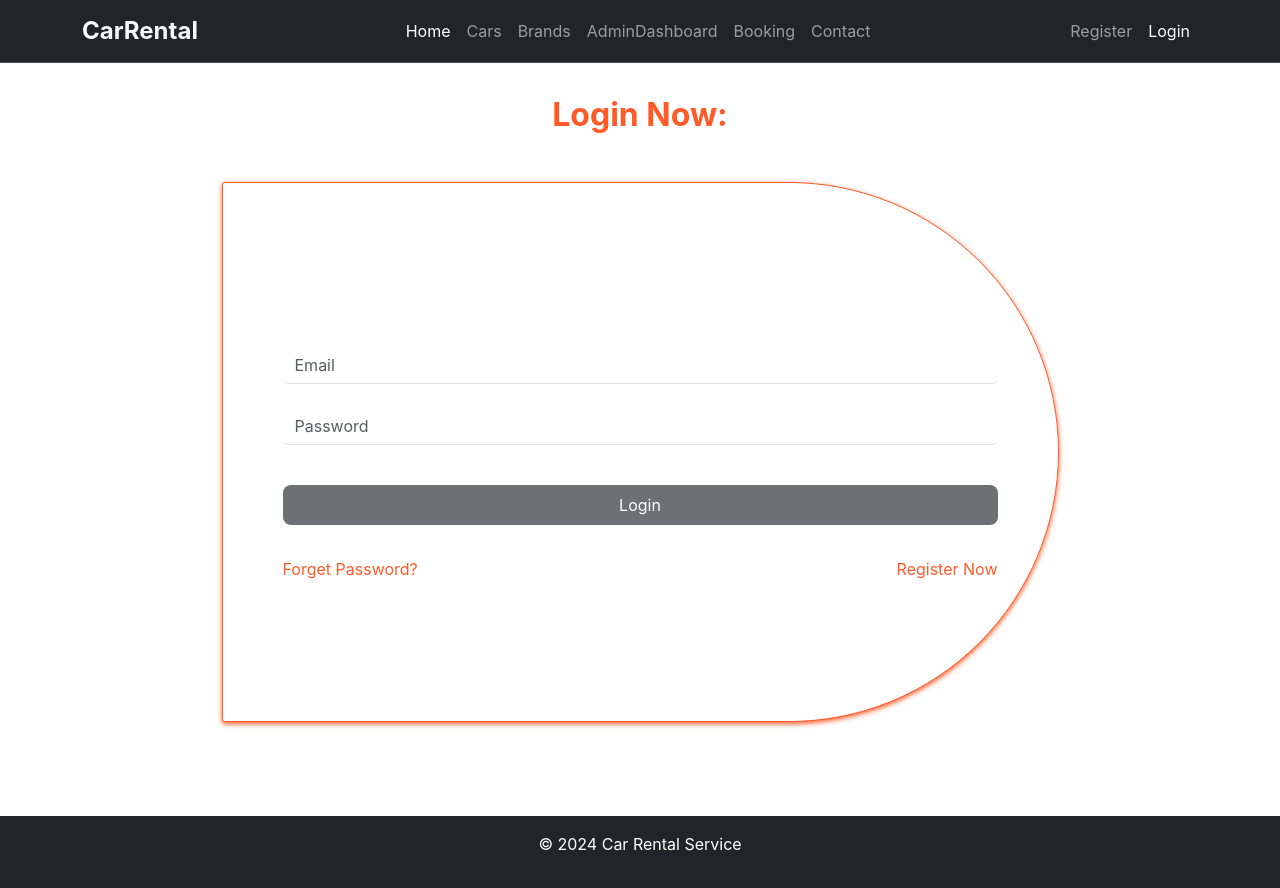
Repository: YomnaWegdan/frontendCarRental
Page: /admin
These files come from the project's save history. The page is drawn as it stood at one moment and after the next save; the edit follows.
The browser window is 1280 px wide. The pictures show the whole page.
The pointer rests on the first visible `.btn-main`.
The page's requests for data from a server got no answer. The project was rebuilt for these pictures with package versions that can differ from the ones it lists, and the page was loaded fresh each time. No one was signed in, and anything a server would have sent is missing. Also part of the build but not shown: src/App.css, src/Components/Hero.jsx, src/Components/CarItems.jsx, src/pages/Contact.jsx, src/pages/Home.jsx, src/pages/CarDetails.jsx, src/pages/Booking.jsx, src/pages/Register.jsx and 7 more.

Above is the page before, as saved 2024-11-02 10:46:36.

### src/index.js
import React from 'react';
import ReactDOM from 'react-dom/client';
import 'bootstrap/dist/css/bootstrap.min.css';
import 'bootstrap/dist/js/bootstrap.bundle.min.js';
import "react-responsive-carousel/lib/styles/carousel.min.css";
import 'react-toastify/dist/ReactToastify.css';

import './index.css';
import App from './App';
import reportWebVitals from './reportWebVitals';
import {UserContextProvider} from './Context/UserContext';
import { QueryClient, QueryClientProvider } from 'react-query';

const root = ReactDOM.createRoot(document.getElementById('root'));

const queryClient = new QueryClient()


root.render(
  <QueryClientProvider client={queryClient}>

  <UserContextProvider>

    <App />
  </UserContextProvider>
  </QueryClientProvider>
);

// If you want to start measuring performance in your app, pass a function
// to log results (for example: reportWebVitals(console.log))
// or send to an analytics endpoint. Learn more: https://bit.ly/CRA-vitals
reportWebVitals();

### src/index.css
body {
  margin: 0;
  font-family: -apple-system, BlinkMacSystemFont, 'Segoe UI', 'Roboto', 'Oxygen',
    'Ubuntu', 'Cantarell', 'Fira Sans', 'Droid Sans', 'Helvetica Neue',
    sans-serif;
  -webkit-font-smoothing: antialiased;
  -moz-osx-font-smoothing: grayscale;
}

code {
  font-family: source-code-pro, Menlo, Monaco, Consolas, 'Courier New',
    monospace;
}

/* .navbar-nav .nav-link{
  color: white !important;
} */

.hero-section {
  background: url('./images/banner-bg.png') no-repeat center center;
  background-size: cover;
  color: white;
  text-align: center;
  padding: 100px 0;
}
.main-color{
  color:#FE5B29 !important
}
.bg-color{
  background-color: #FE5B29 !important
}

.btn-main{
  background-color: #FE5B29 !important;
  color: white !important;
  transition: all 0.5s;
  border: 0;
  border-radius: 8px;
  padding: 0.5rem 1rem;
  margin: 1rem 0;

}
.btn-main:hover{
  background-color: #212529 !important;
  color: white !important;
  /* border-radius: 20px; */
}
.hero-section h1 {
  font-size: 65px !important;
}

.card-item , .contact, .login , .register {
  background-color: white;
  padding: 1rem;
  margin: 1rem 0;
  border-radius: 8px ;
  box-shadow: 0 2px 5px #FE5B29 !important;
  transition: transform 0.2s ease-in-out;
  border: #FE5B29 1px solid !important;
}
 /* src/styles/CarList.css */
.card {
  transition: transform 0.2s ease-in-out;
}

.card-item:hover {
  transform: scale(1.05);
}

.process-block {
  margin-top: -54px !important;
}

.bullet {
  z-index: 1;
  top: 0;
  background: #FE5B29;
  width: 25px;
  height: 25px;
  border-radius: 100%;
  transition: 0.3s ease;
}


.dashboard-layout .sidebar ul li a{
  list-style: none;
  text-decoration: none;
  color: white !important;
}

footer {
  background-color: #212529;
  color: white;
  padding: 1rem;
  text-align: center;
  width: 100%;
}

### src/Context/UserContext.js
// import { createContext, useState } from "react";

import { createContext, useState } from "react";

// export let userContext = createContext();

// export default function UserContextProvider(props){
//     const [userToken , setUserToken]=useState(null)

//     return <userContext.Provider value={{ userToken , setUserToken}}>
//     {props.children}
//     </userContext.Provider>

// }

export let userContext = createContext();
export const UserContextProvider = ({ children }) => {
    const [userToken, setUserToken] = useState(localStorage.getItem('userToken') || null);
    const [userId, setUserId] = useState(localStorage.getItem('userId'));


    return (
      <userContext.Provider value={{ userToken, setUserToken , userId, setUserId }}>
        {children}
      </userContext.Provider>
    );
  };

// import { createContext, useState, useEffect } from 'react';

// export const userContext = createContext();

// export default function UserContextProvider(props) {
//     const [userToken, setUserToken] = useState(null);

//     useEffect(() => {
//         const token = localStorage.getItem('userToken');
//         if (token) {
//             setUserToken(token);
//         }
//     }, []);

//     return (
//         <userContext.Provider value={{ userToken, setUserToken }}>
//             {props.children}
//         </userContext.Provider>
//     );
// }

### src/Components/Footer.jsx
import React from 'react'

const Footer = () => {
    return (
    <footer className="footer mt-5">
    <p>© 2024 Car Rental Service</p>
    </footer>
  )
}
export default Footer;

### src/Components/Header.jsx
import React from 'react'
import { NavLink } from 'react-router-dom'
import { useContext } from 'react';
import { userContext } from '../Context/UserContext';
import { useNavigate } from 'react-router-dom';
const Header = () => {
  const { userToken } = useContext(userContext);
  const navigate = useNavigate();
  const Logout = () => {
    localStorage.removeItem('userToken');
    window.location.reload();
    navigate('/login');
  }
    return (
    <>
    <nav className="navbar navbar-expand-md bg-dark border-bottom border-body fixed-top" data-bs-theme="dark">
    <div className="container">
    <NavLink className="navbar-brand fw-bolder fs-4 text-light" to={"/"}>CarRental</NavLink>
    <button className="navbar-toggler " type="button" data-bs-toggle="collapse" data-bs-target="#navbarNavAltMarkup" aria-controls="navbarNavAltMarkup" aria-expanded="false" aria-label="Toggle navigation">
      <span className="navbar-toggler-icon"></span>
    </button>
    <div className="collapse navbar-collapse" id="navbarNavAltMarkup">
      <div className="navbar-nav ms-auto">
        <NavLink className="nav-link active " aria-current="page" to={"/"}>Home</NavLink>
        <NavLink className="nav-link " to={"/cars"}>Cars</NavLink>
        <NavLink className="nav-link " to={"/brands"}>Brands</NavLink>
        <NavLink className="nav-link " to={"/admin"}>AdminDashboard</NavLink>



        <NavLink className="nav-link" to={"/profile"}>Booking</NavLink>
        <NavLink className="nav-link "  to={"/contact"}>Contact</NavLink>



      </div>

      {userToken ? (
        <div className="navbar-nav ms-auto">
          <NavLink className="nav-link "  onClick={Logout}>Logout</NavLink>
        </div>
      ):
      (
         <div className="navbar-nav ms-auto">
        <NavLink className="nav-link "  to={"/register"}>Register</NavLink>
        <NavLink className="nav-link "  to={"/login"}>Login</NavLink>


      </div>
      )}

    </div>
  </div>
</nav>

    </>
  )
}
export default Header;

### src/pages/Login.jsx
// import axios from 'axios';
// import React, { useState } from 'react';
// import { useNavigate } from 'react-router-dom';

// const Login = () => {
//     const [email, setEmail] = useState('');
//     const [password, setPassword] = useState('');
//     const navigate = useNavigate();

//     const handleLogin = async (e) => {
//         e.preventDefault();
//         try {
//             const { data } = await axios.post('/users/login', { email, password });
//             localStorage.setItem('authToken', data.token);
//             alert('Login successful');
//             navigate('/');
//         } catch (error) {
//             console.error('Login error', error);
//         }
//     };

//     return (
//         <div>
//             <h1>Login</h1>
//             <form onSubmit={handleLogin}>
//                 <label>Email</label>
//                 <input
//                     type="email"
//                     value={email}
//                     onChange={(e) => setEmail(e.target.value)}
//                     required
//                 />
//                 <label>Password</label>
//                 <input
//                     type="password"
//                     value={password}
//                     onChange={(e) => setPassword(e.target.value)}
//                     required
//                 />
//                 <button type="submit">Login</button>
//             </form>
//         </div>
//     );
// };

// export default Login;

import axios from "axios";
import { useFormik } from "formik";
import React, { Fragment, useContext, useState } from "react";
import { ThreeDots } from "react-loader-spinner";
import { NavLink, useNavigate } from "react-router-dom";
import * as Yup from "yup";
import { userContext } from "../Context/UserContext";

export default function Login() {
  const [apiError, serApiError] = useState(null);
  const [loading, setLoading] = useState(false);
  let navigate = useNavigate();

  let { setUserToken , setUserId } = useContext(userContext);

  let validationSchema = Yup.object({
    email: Yup.string()
      .required("Email is required")
      .email("Email is not valid"),
    password: Yup.string()
      .required("Password is required"),
  });

  let formik = useFormik({
    initialValues: {
      email: "",
      password: "",
    },
    validationSchema,
    onSubmit: loginSubmit,
  });

  async function loginSubmit(values) {
    setLoading(true);
    try {
      let response = await axios.post(
        `https://backend-car-rentals.vercel.app/auth/signin`,
        values
      );
      const data = response.data;

      if (data.message === "success") {
        setLoading(false);


        setUserToken(data.token);
        setUserId(data.user._id);


        localStorage.setItem("userToken", data.token);
        localStorage.setItem("userId", data.userId);


        console.log(data.token);
        console.log(data.user._id);
        navigate('/');
        console.log('Login success');
      } else {
        serApiError("Invalid credentials");
        setLoading(false);
      }
    } catch (error) {
      console.error("Login error:", error);
      serApiError(error.response?.data?.message || "An error occurred");
      setLoading(false);
    }
  }

  return (
    <Fragment>
      <section className="vh-100">
        <div className="container h-100">
        <h2 className='text-center mt-5 mb-5 pt-5 main-color fw-bold'>Login Now:</h2>
        <div className='login row justify-content-center align-items-center align-content-center h-75 w-75 mx-auto p-5 rounded-end-pill shadow'>
              <form onSubmit={formik.handleSubmit}>
                {apiError && (
                  <div className="alert alert-danger p-2">{apiError}</div>
                )}

                <input
                  className="form-control border-top-0 border-start-0 border-end-0 border-bottom-3 mt-4"
                  placeholder="Email"
                  name="email"
                  type="email"
                  onChange={formik.handleChange}
                  onBlur={formik.handleBlur}
                  value={formik.values.email}
                />
                {formik.errors.email && formik.touched.email ? (
                  <div className="alert alert-danger p-2">
                    {formik.errors.email}
                  </div>
                ) : null}

                <input
                  className="form-control border-top-0 border-start-0 border-end-0 border-bottom-3 my-4"
                  placeholder="Password"
                  name="password"
                  type="password"
                  onChange={formik.handleChange}
                  onBlur={formik.handleBlur}
                  value={formik.values.password}
                />
                {formik.errors.password && formik.touched.password ? (
                  <div className="alert alert-danger p-2">
                    {formik.errors.password}
                  </div>
                ) : null}

                <div >
                  {loading ? (
                    <button type="button" className="btn bg-main text-white">
                      <ThreeDots
                        visible={true}
                        height="25"
                        width="25"
                        color="white"
                        radius="9"
                        ariaLabel="three-dots-loading"
                        wrapperStyle={{}}
                        wrapperClass=""
                      />
                    </button>
                  ) : (
                    <>
                      <button
                        type="submit"
                        disabled={!(formik.dirty && formik.isValid)}
                        className="btn btn-main w-100"
                      >
                        Login
                      </button>

                    </>
                  )}
                    <div className="d-flex justify-content-between mt-3">
                    <NavLink to="/forgetPassword" className=" text-decoration-none main-color">
                        Forget Password?
                      </NavLink>
                  <NavLink to={"/register"} className=" text-decoration-none main-color">
                    Register Now
                  </NavLink>
                </div></div>
              </form>
          </div>
        </div>
      </section>
    </Fragment>
  );
}

### src/Components/AdminDashBoard/AdminDashboard.jsx
// import React from "react";
// import { Outlet, Link } from "react-router-dom";

// const AdminDashboard = () => {
//   return (
//     <div className="container min-vh-100">
//       <div className="row  justify-content-between align-items-center mt-5 pt-5  ">

//             <div className='col-md-12 d-flex justify-content-center'>
//                 <Link to="brands" className="btn btn-main me-3 ">Manage Brands</Link>
//                 <Link to="cars" className="btn btn-main me-3  " >Manage Cars</Link>
//                 <Link to="bookings" className="btn btn-main   ">Manage Bookings</Link>
//             </div>
//           </div>
//         <div className="row">
//           <Outlet />
//         </div>
//       </div>
//   );
// };

// export default AdminDashboard;
import React, { useContext , useEffect } from "react";
import { useQuery } from "react-query";
import axios from "axios";
import { Link, Outlet } from "react-router-dom";
import Loading from "../Loading";
import { userContext } from "../../Context/UserContext";
import { useNavigate } from "react-router-dom";

// Fetching function for the dashboard stats
const fetchStats = async (userToken) => {
  const config = {
    headers: {
      token: `${userToken}`,  // Include token in all requests
    },
  };

  // Fetch data for brands, cars, and bookings
  const brandsRes = await axios.get("https://backend-car-rentals.vercel.app/brand/count", config);
  const carsRes = await axios.get("https://backend-car-rentals.vercel.app/cars/count", config);
  const bookingsRes = await axios.get("https://backend-car-rentals.vercel.app/booking/count", config);

  // Return all the required counts
  return {
    totalBrands: brandsRes.data.totalBrands,
    totalCars: carsRes.data.totalCars,
    totalBookings: bookingsRes.data.totalBookings,
  };
};

const AdminDashboard = () => {

  const { userToken } = useContext(userContext);

  const navigate = useNavigate();
  useEffect(() => {
    if (!userToken) {
      navigate('/login');
    }
  }, [userToken, navigate]);


  // Use react-query's useQuery hook to fetch dashboard stats
  const { data, error, isError, isLoading } = useQuery(
    "dashboardStats",
    () => fetchStats(userToken), // Pass the userToken to fetchStats
  );

  // If data is still loading, show loading component
  if (isLoading) return <Loading />;

  // If there is an error, display the error message
  if (isError) return <div>{error.message}</div>;

  return (
    <div className="container min-vh-100">
      <div className="row justify-content-between align-items-center mt-5 pt-5">
        <div className="col-md-2 bg-dark text-white p-3">
          <h4 className="text-center">Admin Panel</h4>
          <ul className="nav flex-column mt-4">
            <li className="nav-item mb-3">
              <Link to="overview" className="nav-link text-white">
                Dashboard Overview
              </Link>
            </li>
            <li className="nav-item mb-3">
              <Link to="brands" className="nav-link text-white">
                Manage Brands
              </Link>
            </li>
            <li className="nav-item mb-3">
              <Link to="cars" className="nav-link text-white">
                Manage Cars
              </Link>
            </li>
            <li className="nav-item mb-3">
              <Link to="bookings" className="nav-link text-white">
                Manage Bookings
              </Link>
            </li>
            <li className="nav-item mb-3">
              <Link to="users" className="nav-link text-white">
                Manage Users
              </Link>
            </li>

          </ul>
</div>

      {/* Dashboard Overview */}
        <div className="col-md-3">
          <div className="card text-center">
            <div className="card-body">
              <h5 className="card-title">Total Brands</h5>
              <p className="card-text">{data.totalBrands}</p>
            </div>
          </div>
        </div>

        <div className="col-md-3">
          <div className="card text-center">
            <div className="card-body">
              <h5 className="card-title">Total Cars</h5>
              <p className="card-text">{data.totalCars}</p>
            </div>
          </div>
        </div>

        <div className="col-md-3">
          <div className="card text-center">
            <div className="card-body">
              <h5 className="card-title">Total Bookings</h5>
              <p className="card-text">{data.totalBookings}</p>
            </div>
          </div>
        </div></div>

      <div className="row">
        <Outlet />
      </div>
    </div>
  );
};

export default AdminDashboard;


// import React from "react";
// import { Outlet, Link } from "react-router-dom";

// const AdminDashboard = () => {
//   return (
//     <div className="container-fluid min-vh-100">
//       <div className="row">
//         {/* Sidebar */}
//         <div className="col-md-2 bg-dark text-white p-3">
//           <h4 className="text-center">Admin Panel</h4>
//           <ul className="nav flex-column mt-4">
//             <li className="nav-item mb-3">
//               <Link to="overview" className="nav-link text-white">
//                 Dashboard Overview
//               </Link>
//             </li>
//             <li className="nav-item mb-3">
//               <Link to="brands" className="nav-link text-white">
//                 Manage Brands
//               </Link>
//             </li>
//             <li className="nav-item mb-3">
//               <Link to="cars" className="nav-link text-white">
//                 Manage Cars
//               </Link>
//             </li>
//             <li className="nav-item mb-3">
//               <Link to="bookings" className="nav-link text-white">
//                 Manage Bookings
//               </Link>
//             </li>
//             <li className="nav-item mb-3">
//               <Link to="users" className="nav-link text-white">
//                 Manage Users
//               </Link>
//             </li>
//             <li className="nav-item mb-3">
//               <Link to="reports" className="nav-link text-white">
//                 Analytics/Reports
//               </Link>
//             </li>
//             <li className="nav-item mb-3">
//               <Link to="settings" className="nav-link text-white">
//                 Settings
//               </Link>
//             </li>
//           </ul>
//         </div>

//         {/* Main Content */}
//         <div className="col-md-10 p-5">
//           {/* Dashboard Widgets */}
//           <div className="row mb-4">
//             <div className="col-md-4">
//               <div className="card shadow-sm">
//                 <div className="card-body">
//                   <h5>Total Cars Available</h5>
//                   <p className="text-muted">50 Cars</p>
//                 </div>
//               </div>
//             </div>
//             <div className="col-md-4">
//               <div className="card shadow-sm">
//                 <div className="card-body">
//                   <h5>Total Bookings This Week</h5>
//                   <p className="text-muted">120 Bookings</p>
//                 </div>
//               </div>
//             </div>
//             <div className="col-md-4">
//               <div className="card shadow-sm">
//                 <div className="card-body">
//                   <h5>Total Revenue This Month</h5>
//                   <p className="text-muted">$20,000</p>
//                 </div>
//               </div>
//             </div>
//           </div>

//           {/* Dynamic Content from Outlet */}
//           <div className="row">
//             <Outlet />
//           </div>
//         </div>
//       </div>
//     </div>
//   );
// };

// export default AdminDashboard;

### src/Components/Loading.jsx
import React, { Fragment } from 'react'
import { ThreeCircles } from 'react-loader-spinner'

export default function Loading() {
  return (
    <Fragment>
    <div className="row justify-content-center align-items-center vh-100 p-0 m-0" >
    <ThreeCircles
      visible={true}
      height="100"
      width="100"
      radius="9"
      ariaLabel="three-dots-loading"
      wrapperStyle={{}}
      wrapperClass="main-color justify-content-center overflow-hidden"
    />
    </div>
    </Fragment>
  )
}

Loaded but not shown: public/index.html (common file); src/reportWebVitals.js (common file); public/manifest.json (common file); src/App.js (131 lines, source omitted)

After the next save:
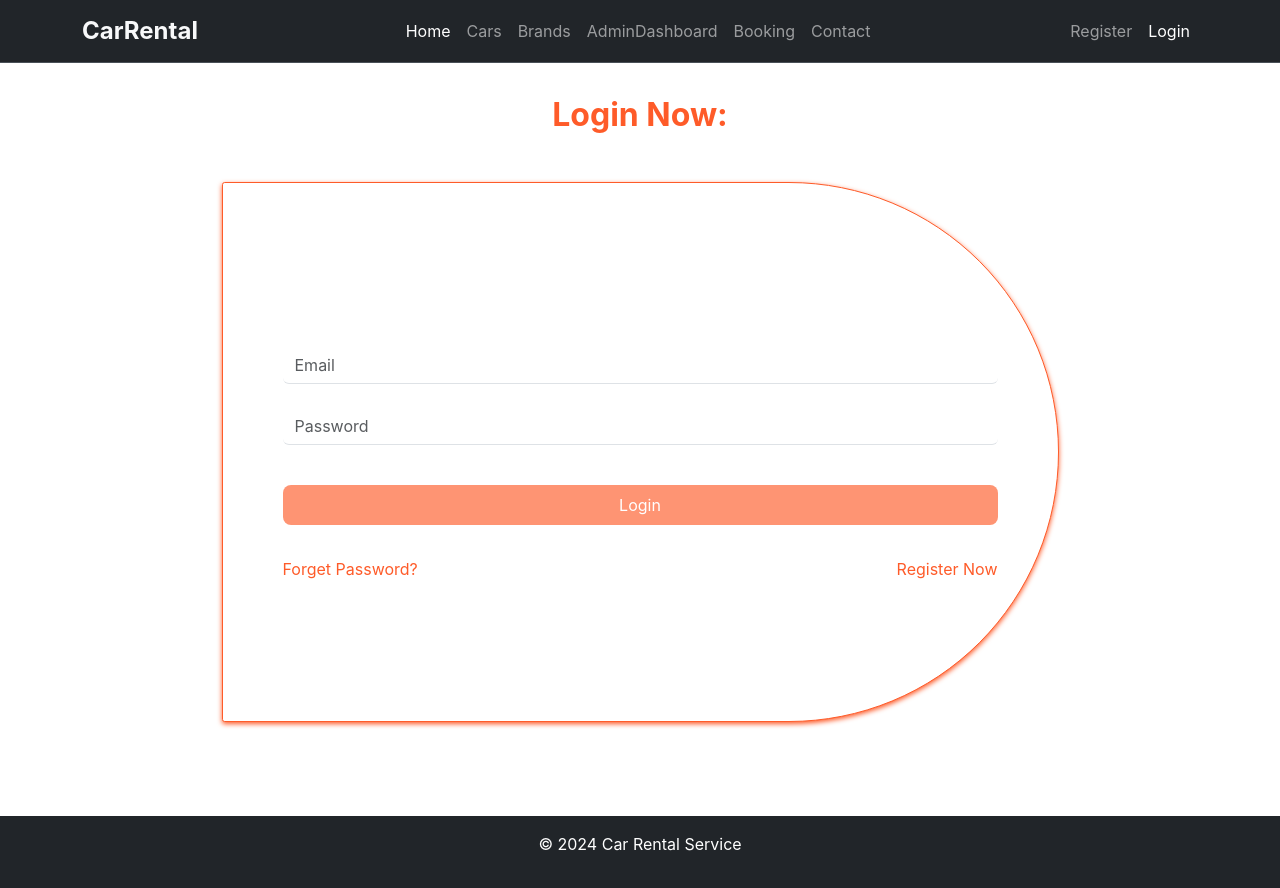
Saved 25 s later.
--- a/src/index.css
+++ b/src/index.css
@@ -41,7 +41,7 @@ code {
 
 }
 .btn-main:hover{
-  background-color: #212529 !important;
+  background-color: # !important;
   color: white !important;
   /* border-radius: 20px; */
 }
